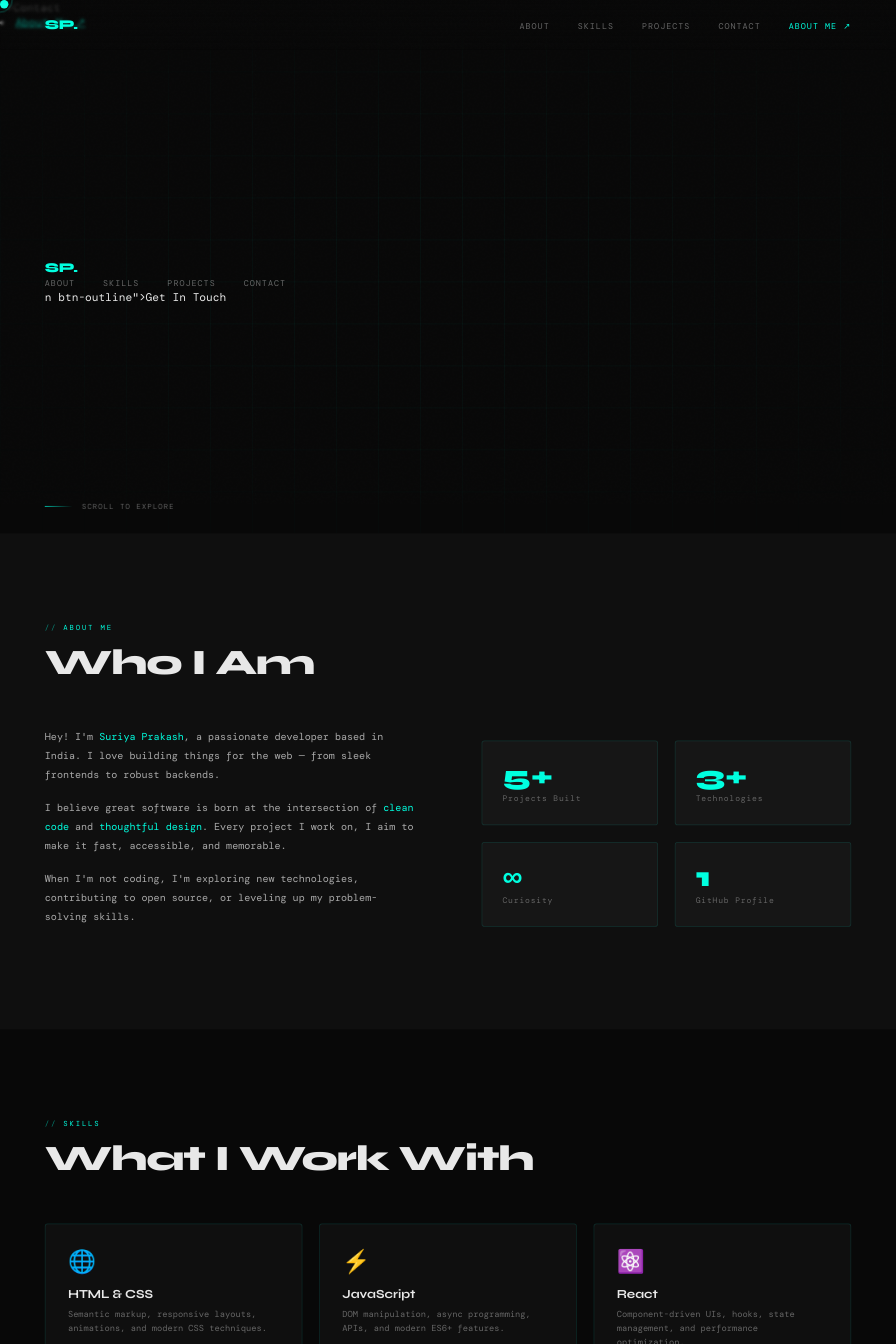
Repository: Suriyaprakash0901/PortoFolio
Page: index.html
The author's editor kept a copy of each file at every save. The page is drawn from the files as they stood at one save, then again after a run of saves.
The browser window is 1280 px wide. The pictures show the part of the page from y = 0 to 1920 px (the page is 4058 px tall), at 70% of full size.
Some web fonts or font styles are not loaded; a fallback is used.

Above is the page before, as saved 2026-03-14 11:25:14.

After the next 4 saves:
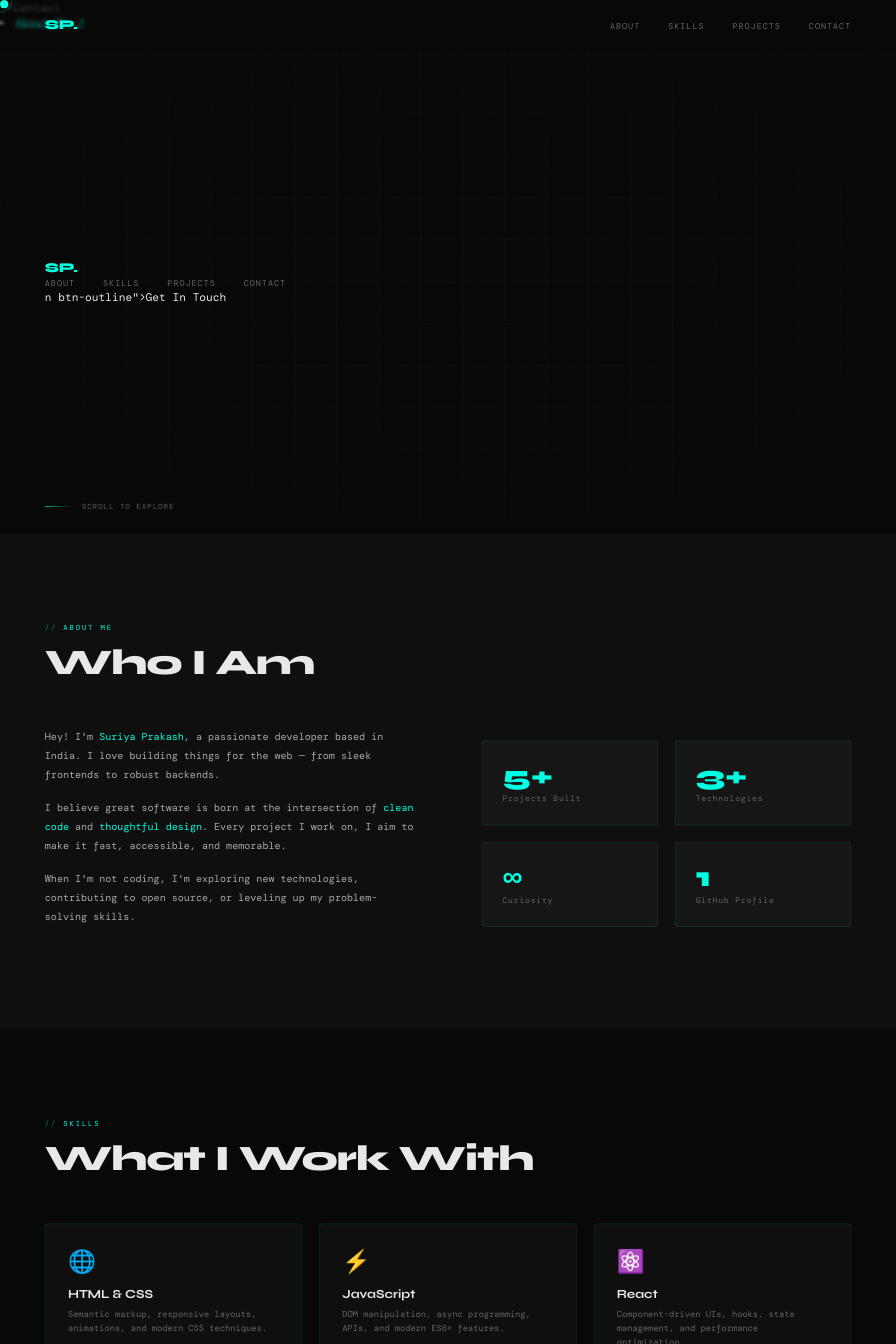
The 4 saves are shown as one change because they came seconds apart.
The last was saved 15 s later.
--- a/index.html
+++ b/index.html
@@ -462,16 +462,15 @@
   <div class="cursor-ring" id="cursorRing"></div>
 
   <!-- NAV -->
- <nav>
-  <a href="index.html" class="nav-logo" data-nav>SP.</a>
-  <ul class="nav-links">
-    <li><a href="index.html#about">About</a></li>
-    <li><a href="index.html#skills">Skills</a></li>
-    <li><a href="index.html#projects">Projects</a></li>
-    <li><a href="index.html#contact">Contact</a></li>
-    <li><a href="about.html" style="color: var(--neon);">About Me ↗</a></li>
-  </ul>
-</nav>
+  <nav>
+    <a href="#hero" class="nav-logo">SP.</a>
+    <ul class="nav-links">
+      <li><a href="#about">About</a></li>
+      <li><a href="#skills">Skills</a></li>
+      <li><a href="#projects">Projects</a></li>
+      <li><a href="#contact">Contact</a></li>
+    </ul>
+  </nav>
 ">Contact</a></li>
     <li><a href="about.html" style="color: var(--neon);">About Me ↗</a></li>
   </ul>
@@ -629,10 +628,10 @@ n btn-outline">Get In Touch</a>
           <a href="https://github.com/Suriyaprakash0901" target="_blank" class="social-link">
             <span class="social-icon">🐙</span> GitHub — Suriyaprakash0901
           </a>
-          <a href="https:/t="_blank" class="social-link">
+          <a href="https:/https://linkedin.com/in/yourprofilet="_blank" class="social-link">
             <span class="social-icon">💼</span> LinkedIn — Update your link
           </a>
-          <a href="mailto:your@emgsuriyaprakash912005@gmail.com="social-link">
+          <a href="mailto:your@emyour@email.com="social-link">
             <span class="social-icon">✉️</span> Email — your@email.com
           </a>
         </div>
